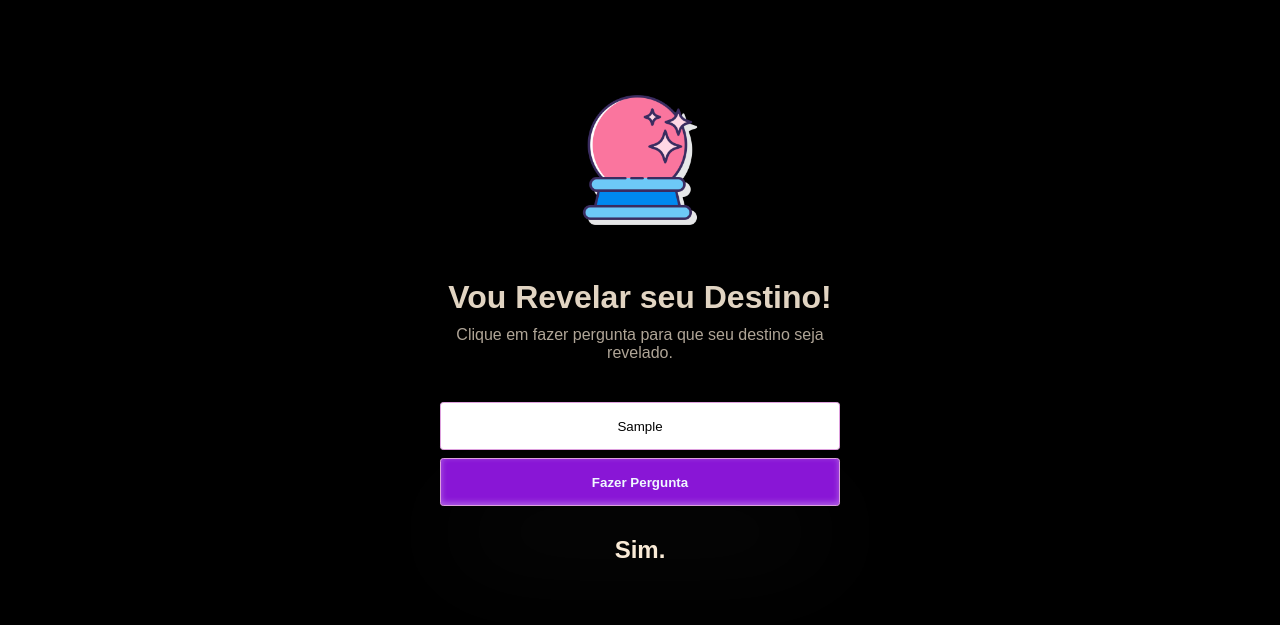
Repository: guilhermecardoso93/nlwexplorer
Page: index.html
The author's editor kept a copy of each file at every save. The page is drawn from the files as they stood at one save, then again after the next save.
The browser window is 1280 px wide. The pictures show the whole page.
Empty fields were first filled with sample values (such as "Sample", 5 or name@example.com).
After loading, the first visible `#buttonQ` was clicked once.

Above is the page before, as saved 2022-06-11 19:19:49.

### index.html
<!DOCTYPE html>
<html lang="pt-br">
  <head>
    <meta charset="UTF-8" />
    <meta http-equiv="X-UA-Compatible" content="IE=edge" />
    <meta name="viewport" content="width=device-width, initial-scale=1.0" />
    <link rel="stylesheet" href="./styles.css" />
    <title>NLW Explorer</title>
  </head>
  <body>
    <div class="principal">
      <img
        src="./cristalball.png"
        alt="Imagem de uma bola de cristal"
        id="cristalBallImg"
      />
      <h1>Vou Revelar seu Destino!</h1>
      <p>Clique em fazer pergunta para que seu destino seja revelado.</p>
      <input id='inputPergunta' type="text" placeholder="Digite sua pergunta" />
      <button id="buttonQ" onclick="fazerPergunta()">Fazer Pergunta</button>
      <h2 id="resposta">
        <div></div>
      </h2>
    </div>
  </body>
  <script src="./script.js"></script>
</html>

### styles.css
* {
  margin: 0;
  padding: 0;
  box-sizing: border-box;
}
body {
  margin: auto;
  background-color: black;
  color: antiquewhite;
  text-align: center;
  font-family: sans-serif;
}

h1 {
  margin-top: 35px;
  margin-bottom: 10px;
  opacity: 0.9;
}

p {
  margin-bottom: 40px;
  opacity: 0.7;
}

#cristalBallImg {
  width: 10rem;
}

.principal {
  margin: auto;
  margin-top: 5rem;
  max-width: 400px;
  width: 80%;
  align-items: center;
}

.principal input,
button {
  display: block;
  align-items: center;
  justify-content: center;
  margin: auto;
  width: 100%;
}

.principal input {
  height: 3rem;
  text-align: center;

  border: 1px solid plum;
  border-radius: 0.2rem;
}

.principal input:hover {
  border: 2px double pink;
}

button {
  height: 3rem;
  text-align: center;
  font-weight: 600;
  color: aliceblue;
  background-color: rgb(137, 22, 214);
  border: 1px solid plum;
  border-radius: 0.2rem;
  margin-top: 0.5rem;
  cursor: pointer;
  box-shadow: rgba(255, 255, 255, 0.25) 0px 50px 100px -20px,
    rgba(255, 251, 251, 0.3) 0px 30px 60px -30px,
    rgba(255, 255, 255, 0.35) 0px -2px 6px 0px inset;
  transition: filter 0.7s;
}

button:hover {
  filter: brightness(1.1);
  box-shadow: rgb(85, 91, 255) 0px 0px 0px 1px,
    rgb(255, 255, 255) 0px 0px 0px 2px, rgb(8, 23, 153) 0px 0px 0px 3px,
    rgb(60, 11, 100) 0px 0px 0px 4px, rgb(108, 57, 228) 0px 0px 0px 5px;
}

#resposta {
  margin-top: 30px;
  transition: opacity 1s;
}

#resposta div {
  font-size: 16px;
  font-weight: normal;
  opacity: 0.9;
  margin-bottom: 10px;
}

### script.js
const respostas = [
  "Certeza!",
  "Não tenho tanta certeza.",
  "É decididamente assim.",
  "Não conte com isso.",
  "Sem dúvidas!",
  "Pergunte novamente mais tarde.",
  "Sim, definitivamente!",
  "Minha resposta é não.",
  "Você pode contar com isso.",
  "Melhor não te dizer agora.",
  "A meu ver, sim.",
  "Minhas fontes dizem não.",
  "Provavelmente.",
  "Não é possível prever agora.",
  "Perspectiva boa.",
  "As perspectivas não são tão boas.",
  "Sim.",
  "Concentre-se e pergunte novamente.",
  "Sinais apontam que sim."
];

const respostaCampo = document.querySelector("#resposta");
const perguntaDigitada = document.querySelector("#inputPergunta");


function fazerPergunta() {
  if(perguntaDigitada.value == ''){
     alert('Digite um pergunta')
     return
  }

  const pergunta = `<div> ${perguntaDigitada.value}</div>`
    const totalRespostas = respostas.length;
  const numeroAleatorio = Math.floor(Math.random() * totalRespostas);
  respostaCampo.innerHTML = respostas[numeroAleatorio];

  setTimeout(function(){
    respostaCampo.style.opacity = 0;
  }, 3000)

}

After the next save:
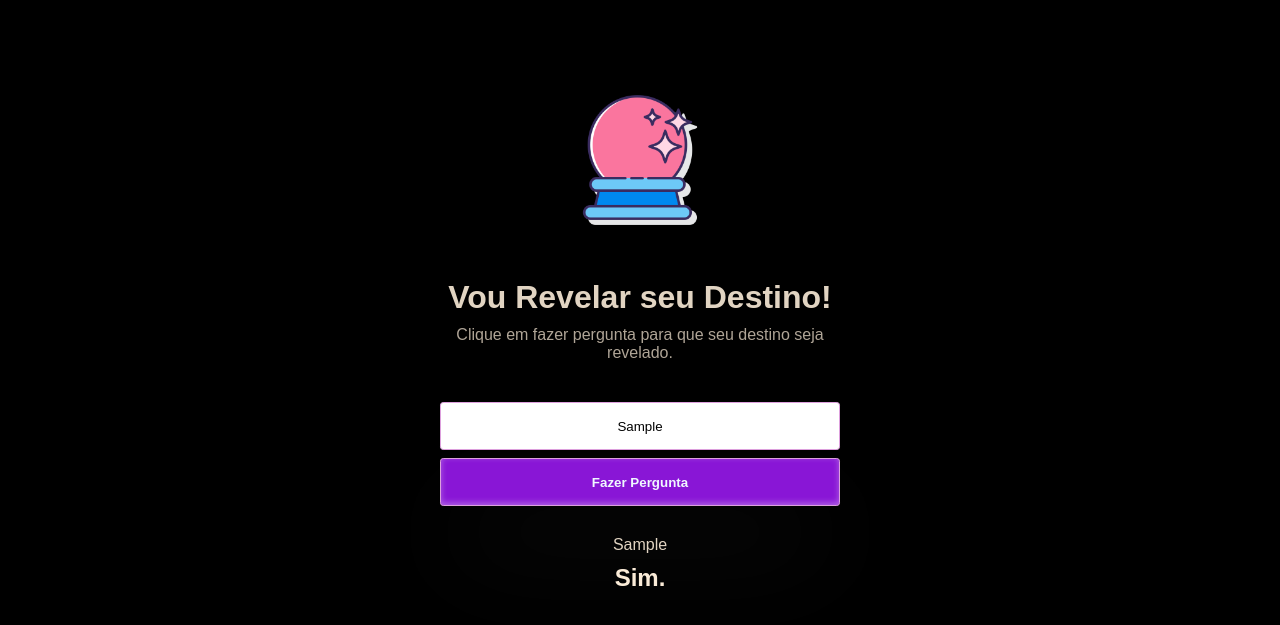
Saved 45 s later.
--- a/script.js
+++ b/script.js
@@ -33,7 +33,7 @@ function fazerPergunta() {
   const pergunta = `<div> ${perguntaDigitada.value}</div>`
     const totalRespostas = respostas.length;
   const numeroAleatorio = Math.floor(Math.random() * totalRespostas);
-  respostaCampo.innerHTML = respostas[numeroAleatorio];
+  respostaCampo.innerHTML = pergunta + respostas[numeroAleatorio];
 
   setTimeout(function(){
     respostaCampo.style.opacity = 0;
